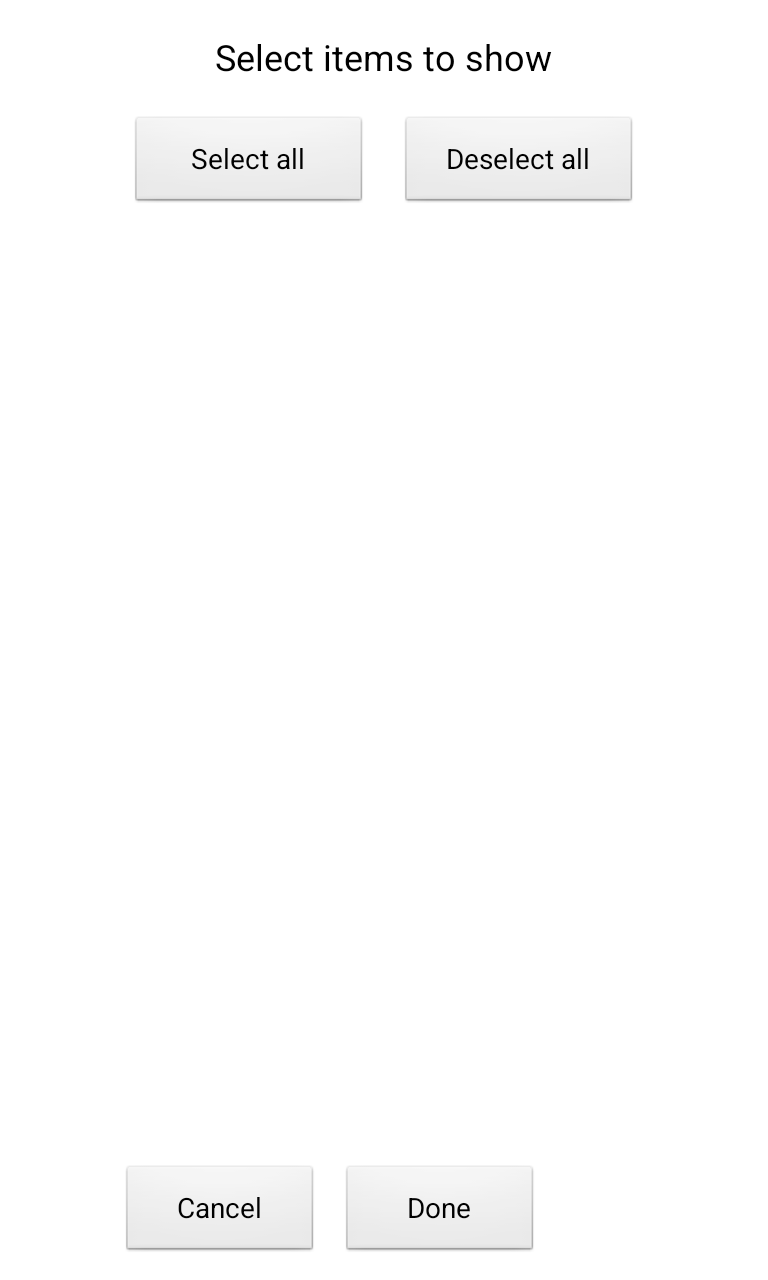
Repository: hakehuang/FITII
Layout: KinetisList/STM32List/res/layout/column_selector.xml
An editor plug-in stored every save of this project. The layout is shown before and after the next save, followed by the edit.
It is drawn on a 768 x 1280 px phone screen (xhdpi) without system bars, with theme android:Theme.Light.NoTitleBar; the app's code is not run.

Above is the layout before, as saved 2013-09-26 06:43:43.

After the next save:
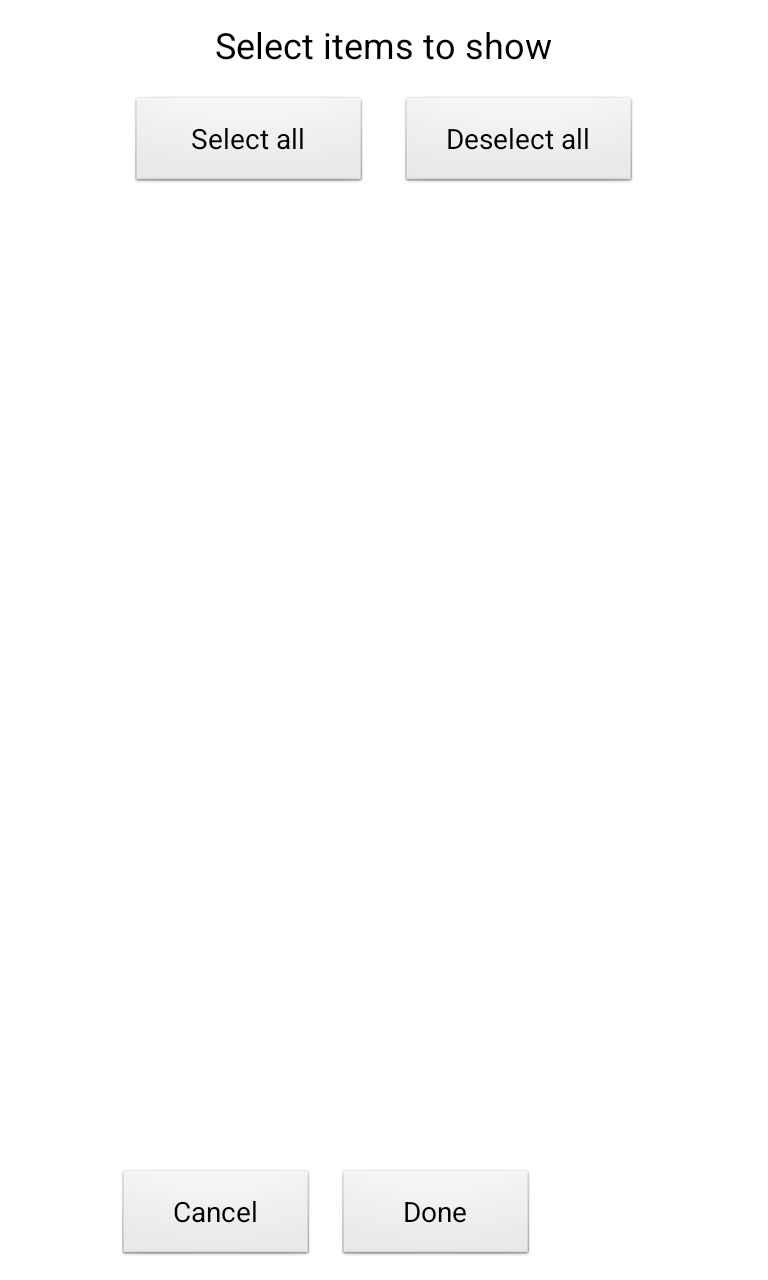
Saved 2 min 24 s later.
--- a/KinetisList/STM32List/res/layout/column_selector.xml
+++ b/KinetisList/STM32List/res/layout/column_selector.xml
@@ -11,8 +11,8 @@
         android:layout_height="wrap_content"
         android:layout_alignParentTop="true"
         android:layout_centerHorizontal="true"
-        android:layout_marginBottom="12dp"
-        android:layout_marginTop="16dp"
+        android:layout_marginBottom="8dp"
+        android:layout_marginTop="10dp"
         android:text="@string/select_selector_title"
         android:textAppearance="?android:attr/textAppearanceMedium" />
 
@@ -21,7 +21,7 @@
         android:layout_width="match_parent"
         android:layout_height="wrap_content"
         android:layout_below="@id/selector_title"
-        android:layout_marginBottom="10dp"
+        android:layout_marginBottom="8dp"
         android:gravity="center"
         android:orientation="horizontal" >
 
@@ -51,7 +51,7 @@
         android:layout_width="match_parent"
         android:layout_height="wrap_content"
         android:layout_alignParentBottom="true"
-        android:layout_margin="10dp" >
+        android:layout_margin="8dp" >
 
         <Button
             android:id="@+id/choose_item_cancel"
